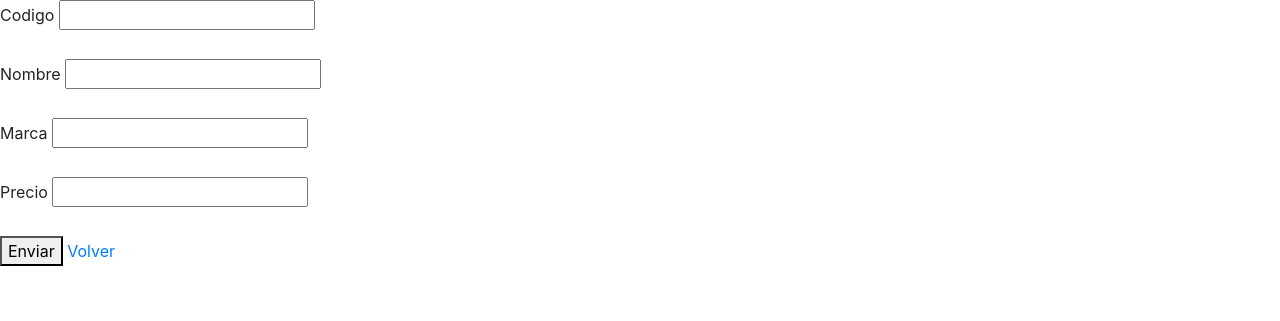
Repository: Alemartinez97/New-Repository
Page: programacion-3/tp4/formProducto.html
These files come from the project's save history. The page is drawn as it stood at one moment and after the next save; the edit follows.
The browser window is 1280 px wide. The pictures show the whole page.

Above is the page before, as saved 2020-06-11 14:55:37.
Not found: programacion-3/tp4/main.js

After the next save:
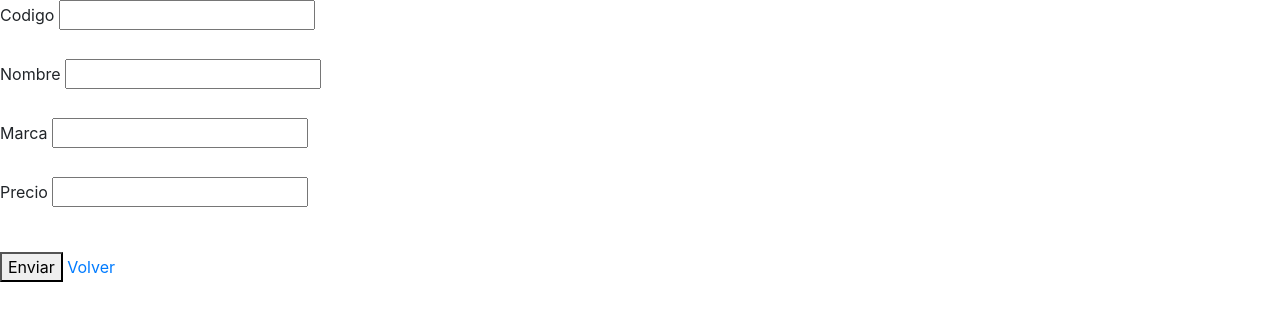
Saved 96 s later.
--- a/programacion-3/tp4/formProducto.html
+++ b/programacion-3/tp4/formProducto.html
@@ -12,7 +12,7 @@
 </head>
 
 <body>
-    <form >
+    <form class="form-group">
 		<label for="">Codigo</label>
         <input type="text" id="codigo"><br>
     </br>
